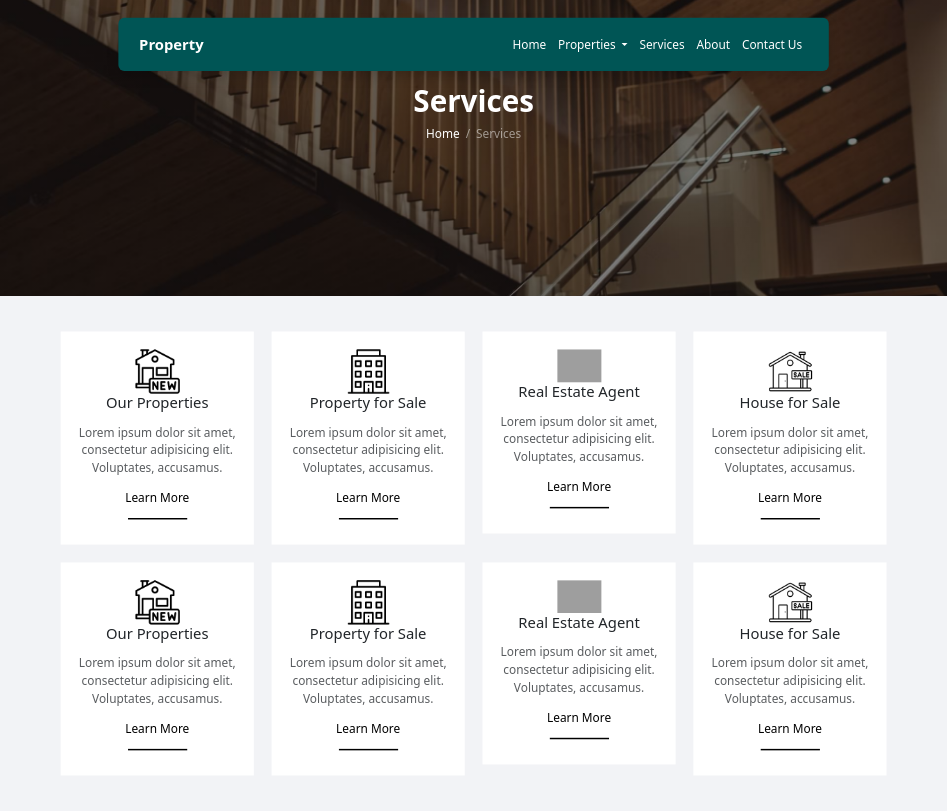
Repository: sameerrrrkhan911-git/Property
Page: service.html
The author's editor kept a copy of each file at every save. The page is drawn from the files as they stood at one save, then again after a run of saves.
The browser window is 1280 px wide. The pictures show the whole page, at 74% of full size.
Pictures or frames that could not be fetched are drawn as grey boxes. Some web libraries are served in a nearby version.

Above is the page before, as saved 2025-09-28 16:40:46.

After the next 4 saves:
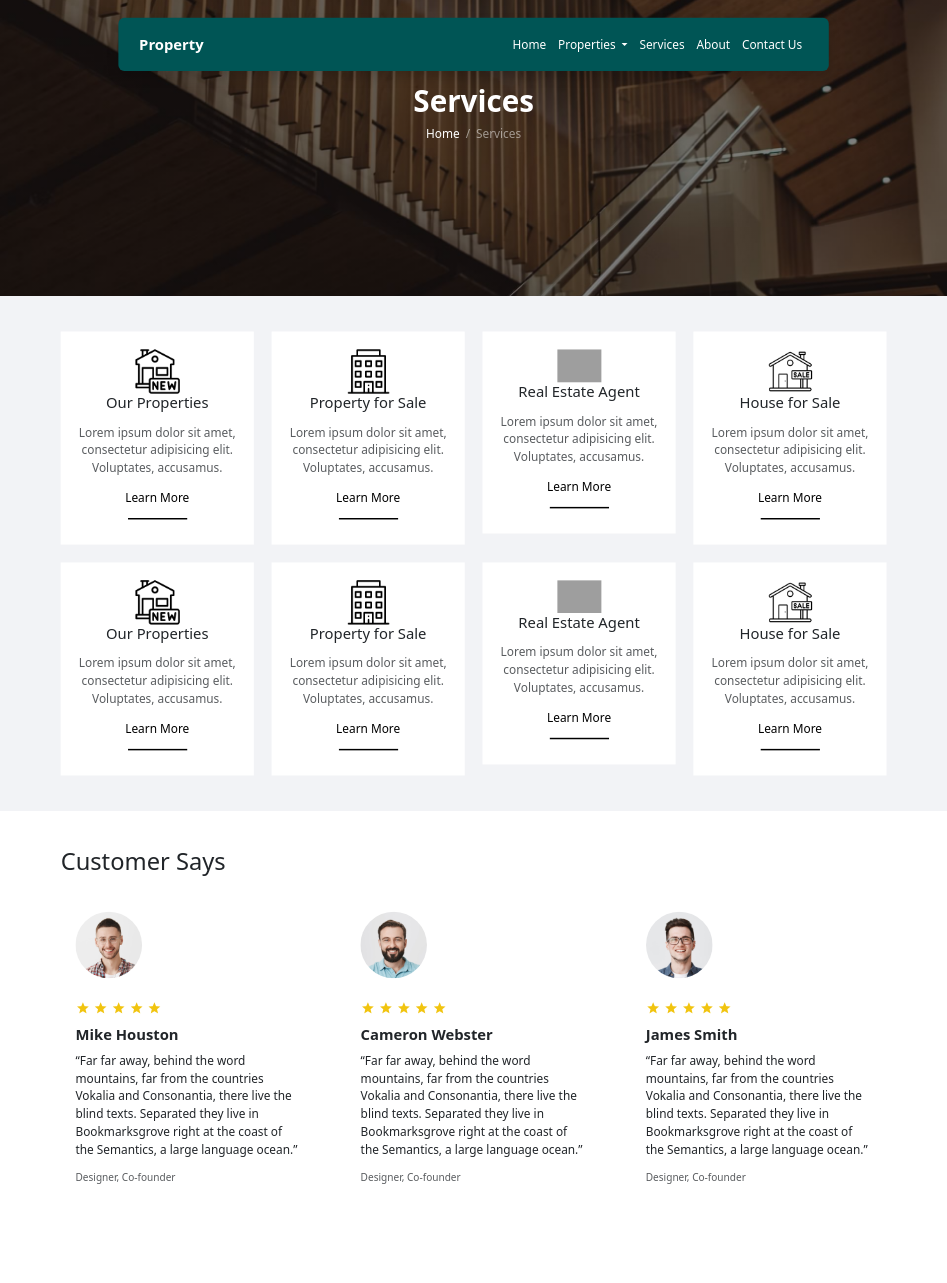
The 4 saves are shown as one change because they came seconds apart.
The last was saved 68 s later.
--- a/service.html
+++ b/service.html
@@ -217,6 +217,93 @@
 
         </section>
 
+<!-- Customer Says -->
+
+    <div class="section sec-testimonials py-5">
+      <div class="container">
+        <div class="row mb-5 align-items-center">
+          <div class="col-md-6">
+            <h2 class="font-weight-bold grey mb-4 mb-md-0">
+              Customer Says
+            </h2>
+          </div>
+
+
+          <!-- Swiper / Slider wrapper -->
+          <div class="testimonial-slider">
+            <div class="item">
+              <div class="testimonial para">
+                <img src="./assets/images/person_1-min.jpg" alt="Image" class="img-fluid rounded-circle border-0 ">
+                <div class="rate">
+                  <span><i class="ri-star-s-fill fs-5"></i></span>
+                  <span><i class="ri-star-s-fill fs-5"></i></span>
+                  <span><i class="ri-star-s-fill fs-5"></i></span>
+                  <span><i class="ri-star-s-fill fs-5"></i></span>
+                  <span><i class="ri-star-s-fill fs-5"></i></span>
+
+                </div>
+                <h3 class="fs-5 para">Mike Houston</h3>
+
+                <p class="para">
+                  “Far far away, behind the word mountains, far from the
+                  countries Vokalia and Consonantia, there live the blind
+                  texts. Separated they live in Bookmarksgrove right at the
+                  coast of the Semantics, a large language ocean.”
+                </p>
+
+                <p class="text-muted para">Designer, Co-founder</p>
+              </div>
+            </div>
+
+            <div class="item">
+              <div class="testimonial para">
+                <img src="./assets/images/person_2-min.jpg" alt="Image" class="img-fluid rounded-circle border-0">
+                <div class="rate">
+                  <span><i class="ri-star-s-fill fs-5"></i></span>
+                  <span><i class="ri-star-s-fill fs-5"></i></span>
+                  <span><i class="ri-star-s-fill fs-5"></i></span>
+                  <span><i class="ri-star-s-fill fs-5"></i></span>
+                  <span><i class="ri-star-s-fill fs-5"></i></span>
+                </div>
+                <h3 class="fs-5 para">Cameron Webster</h3>
+
+                <p class="para">
+                  “Far far away, behind the word mountains, far from the
+                  countries Vokalia and Consonantia, there live the blind
+                  texts. Separated they live in Bookmarksgrove right at the
+                  coast of the Semantics, a large language ocean.”
+                </p>
+
+                <p class="text-muted para">Designer, Co-founder</p>
+              </div>
+            </div>
+
+            <div class="item">
+              <div class="testimonial para">
+                <img src="./assets/images/person_3-min.jpg" alt="Image" class="img-fluid rounded-circle border-0">
+                <div class="rate">
+                  <span><i class="ri-star-s-fill fs-5"></i></span>
+                  <span><i class="ri-star-s-fill fs-5"></i></span>
+                  <span><i class="ri-star-s-fill fs-5"></i></span>
+                  <span><i class="ri-star-s-fill fs-5"></i></span>
+                  <span><i class="ri-star-s-fill fs-5"></i></span>
+                </div>
+                <h3 class="fs-5 para">James Smith</h3>
+
+                <p class="para">
+                  “Far far away, behind the word mountains, far from the
+                  countries Vokalia and Consonantia, there live the blind
+                  texts. Separated they live in Bookmarksgrove right at the
+                  coast of the Semantics, a large language ocean.”
+                </p>
+
+                <p class="text-muted para">Designer, Co-founder</p>
+              </div>
+            </div>
+          </div>
+        </div>
+      </div>
+
     </main>
 
 </body>
